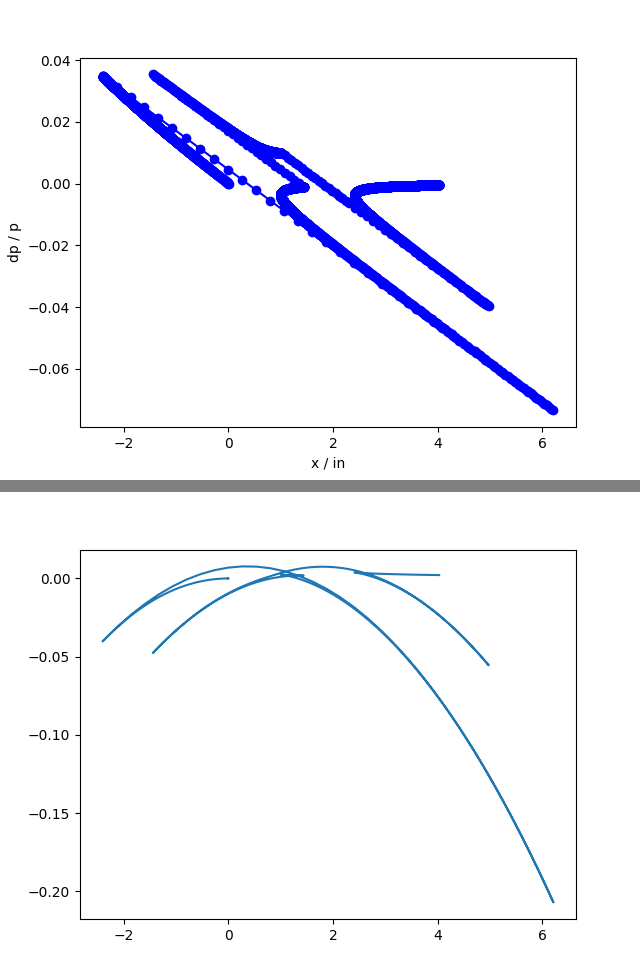
Repository: leiradom/Modified-linear-theory
Script's output: python 3_Shock_correction.py
An editor plug-in stored every save of this project. The script's output is shown before and after the next save, followed by the edit.
Each picture stacks the figures in order, with grey between them; figures that are only written to a file come last. Random numbers start from a fixed seed.

Above is the script's output before, as saved 2021-04-19 16:05:17.

### 3_Shock_correction.py
'''
激波修正
本程序用于修正激波的非线性扭曲效应，修正方法为HB方法
'''

import math
import numpy as np
import matplotlib.pyplot as plt

pressure = np.loadtxt("model1_2.01_h10.txt",dtype=np.float64)   #存放未修正的压力信号
a = len(pressure)                                              #未加点时的点数

X = np.ones(a,dtype=np.float64)     #存放x的数组 用于加点用的横坐标数组
Y = np.ones(a,dtype=np.float64)     #存放y的数组 用于加点用的纵坐标数组
X1 = np.zeros(1,dtype=np.float64)
Y1 = np.zeros(1,dtype=np.float64)
b0 = 20                             #每一个 较大的距离之间增加的点数
x0 = np.zeros(b0+1,dtype=np.float64)
y0 = np.zeros(b0+1,dtype=np.float64)

#先将未修正压力信号存入X,Y中
for i in range(0,a):
    c = pressure[i][0]
    d = pressure[i][1]
    #ca = cau[i][1]
    X[i] = c
    Y[i] = d
'''
#没问题
X0 = X
Y0 = Y
'''

#------------1先找出第一个强间断的地方,已经核实，l0没有问题
for i0 in range(0,a-1):
    if(math.sqrt((X[i0+1] - X[i0])**2 + (Y[i0+1] - Y[i0])**2) >0.3):   #1.3
    #if((X[i+1] - X[i]) * (Y[i+1] - Y[i])):
        #px = i0                            #记录此时的i
        #print(px,X[i0])
        l00 = math.sqrt((X[i0+1] - X[i0])**2 + (Y[i0+1] - Y[i0])**2)
        l0 = l00 / 20                     #判断是否要插值的距离 只要大于20倍的最大距离，就要增加点数
        #h0 = ((X[i0+1] - X[i0])/(b0))
        #k0 = ((Y[i0+1] - Y[i0])/(X[i0+1] - X[i0]))  #两点间的斜率
        '''
        #x0[0] = X[i0]
        #y0[0] = Y[i0]
        for j in range(1,b0):
            x0[j] = x0[j-1] + h0
            y0[j] = y0[j-1] + k0 * (x0[j] - x0[j-1])
            print(x0[j],y0[j])
        for k in range(1,b0):
            X = np.insert(X,i0+k,x0[k])
            Y = np.insert(Y,i0+k,y0[k])
        #print(Y[i0]+k0*h0)
        '''
        break
#------------print(l00) #检验是不是，验证了，就是

#print(l0)


#2---------------------给距离较大的地方都进行加点
for i in range(0,a-1):
    #li = math.sqrt((X[i+1] - X[i])**2 + (Y[i+1] - Y[i])**2)
    k0 = ((Y[i+1] - Y[i])/(X[i+1] - X[i]))  #两点间的斜率
    h0 = ((X[i+1] - X[i])/(b0))   #每一个都离散成b个点
    x0[0] = X[i]
    X1 = np.append(X1,x0[0])
    y0[0] = Y[i]
    Y1 = np.append(Y1,y0[0])
    for j in range(1,b0):
        x0[j] = x0[j-1] + h0
        X1 = np.append(X1,x0[j])
        y0[j] = y0[j-1] + k0 * (x0[j] - x0[j-1])
        Y1 = np.append(Y1,y0[j])
    #X1 = np.append(X1,x0)
    #Y1 = np.append(Y1,y0)
    #print(a)
    #p0 = i

a0 = (len(X1))

#-------积分部分----------
F = np.ones(a0, dtype=np.float64)
F[0] = 0
F[a-1] = 0
s = 0
for i in range(0,a0-1):
    #if(X[i+1]>X[i]):
    s0 = 0.5 * (X1[i+1] - X1[i]) * (Y1[i+1] + Y1[i])
    #s0 = (((Y0[j+1] + Y0[j]) * (X[j + 1] - X[j])) / (2))    #第(j+1)个梯形的面积
    s = s0 + s    #S为最后的积分
    F[i+1] = s    #是i+1不是i
    #print(X[i],Y[i])
    #if(X[i+1]<X[i])
#------积分部分-----------

#-------输出加点效果----------
print("加点前点数：",len(pressure),"加点后点数：",len(X))
#plt.scatter(X0,Y0,c='r')
plt.xlabel("x / in")
plt.ylabel("dp / p")
plt.plot(X1,Y1,'-o',c='b')
plt.show()

#--------积分图像作图---------
plt.plot(X1,F)
plt.show()

Loaded but not shown: model2_h5.txt (699 lines, source omitted); model1_2.01_h10.txt (698 lines, source omitted)

After the next save:
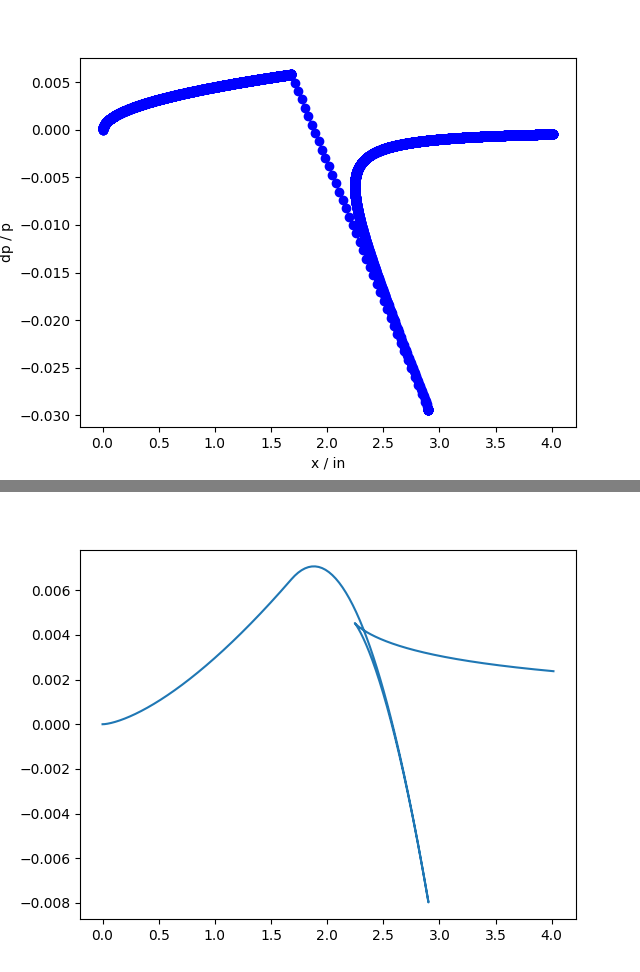
Saved 23 s later.
--- a/3_Shock_correction.py
+++ b/3_Shock_correction.py
@@ -7,7 +7,7 @@ import math
 import numpy as np
 import matplotlib.pyplot as plt
 
-pressure = np.loadtxt("model1_2.01_h10.txt",dtype=np.float64)   #存放未修正的压力信号
+pressure = np.loadtxt("model2_h5.txt",dtype=np.float64)   #存放未修正的压力信号
 a = len(pressure)                                              #未加点时的点数
 
 X = np.ones(a,dtype=np.float64)     #存放x的数组 用于加点用的横坐标数组
